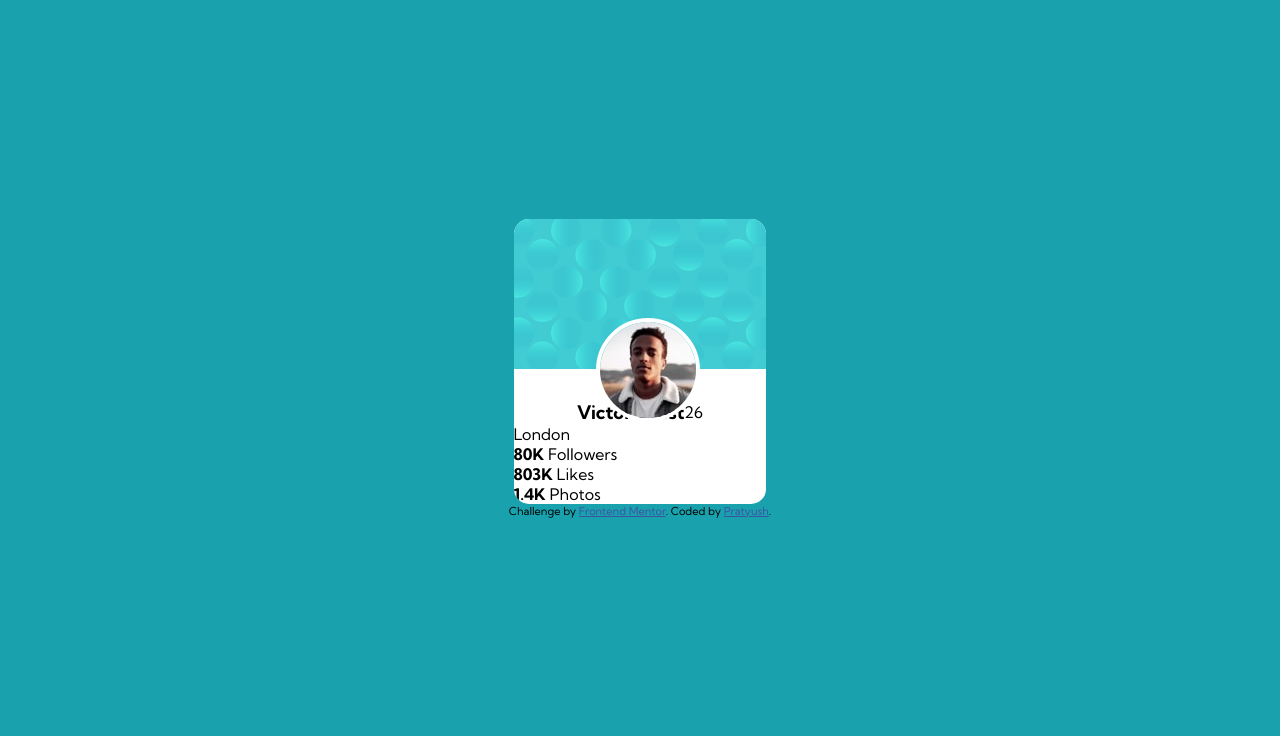
Repository: PratypartyY2K/frontendmentor-challenges
Page: profile-card-component-main/index.html
An editor plug-in stored every save of this project. The page is shown before and after a run of saves, followed by the edit.
The browser window is 1280 px wide. The pictures show the whole page.

Above is the page before, as saved 2021-07-15 13:24:57.

### profile-card-component-main/index.html
<!DOCTYPE html>
<html lang="en">
  <head>
    <meta charset="UTF-8" />
    <meta name="viewport" content="width=device-width, initial-scale=1.0" />
    <!-- displays site properly based on user's device -->

    <link
      rel="icon"
      type="image/png"
      sizes="32x32"
      href="./images/favicon-32x32.png"
    />

    <title>Frontend Mentor | Profile card component</title>

    <link rel="stylesheet" href="style.css" />
  </head>
  <body>
    <!--
    <div class="bg-upper-img">
      <img src="images/bg-pattern-top.svg">
    </div>
  -->
    <div class="card-wrapper">
      <div class="upper-div">
        <!--background-->
      </div>
      <img src="images/image-victor.jpg">
      <div class="middle-div">

          <div class="row-1"><h3>Victor Crest</h3>26</div>
          <div class="row-2">London</div>

      </div>
      <div class="stats">
        <div class="stat_element">
          <b>80K</b>
          Followers
        </div>
        <div class="stat_element">
          <b>803K</b>
          Likes
        </div>
        <div class="stat_element">
          <b>1.4K</b>
          Photos
        </div>
      </div>
    </div>


    <div class="attribution">
      Challenge by
      <a href="https://www.frontendmentor.io?ref=challenge" target="_blank"
        >Frontend Mentor</a
      >. Coded by
      <a
        href="https://www.frontendmentor.io/profile/PratypartyY2K"
        target="_blank"
        >Pratyush</a
      >.
    </div><!--
    <div class="bg-bottom-img">
      <img src="images/bg-pattern-bottom.svg">
    </div>-->
  </body>
</html>

### profile-card-component-main/style.css
@import url("https://fonts.googleapis.com/css2?family=Kumbh+Sans:wght@400;700&display=swap");

:root {
  --primary-cyan: hsl(185, 75%, 39%);
  --primary-blue: hsl(229, 23%, 23%);
  --primart-grayish-blue: hsl(227, 10%, 46%);
  --neutral-dark-gray: hsl(0, 0%, 59%);
}

body {
  font-family: "Kumbh Sans", sans-serif;
  position: relative;
  background-color: var(--primary-cyan);
  min-height: 100vh;
  display: flex;
  flex-direction: column;
  justify-content: center;
  align-items: center;
}

.card-wrapper {
    display: flex;
    flex-direction: column;
    background-color: white;
    width: 20%;
    position: relative;
    border-radius: 15px;
    overflow: hidden;
}

.upper-div {
    background-image: url('images/bg-pattern-card.svg');
    background-repeat: no-repeat;
    background-size: cover;
    width: 100%;
    height: 150px;
}

.card-wrapper > img {
    position: absolute;
    border-radius: 50%;
    border: 4px solid white;
    left: 32.5%;
    top: 35%;
    overflow: ;
}

.middle-div {
    display: flex;
    flex-direction: column;
    margin-top: 2rem;
}

.row-1 {
    display: flex;
    justify-content: center;
    align-items: center;
}

.row-1 h3 {
    margin: 0;
    padding: 0;
}






.attribution {
  font-size: 11px;
  text-align: center;
}
.attribution a {
  color: hsl(228, 45%, 44%);
}

After the next 2 saves:
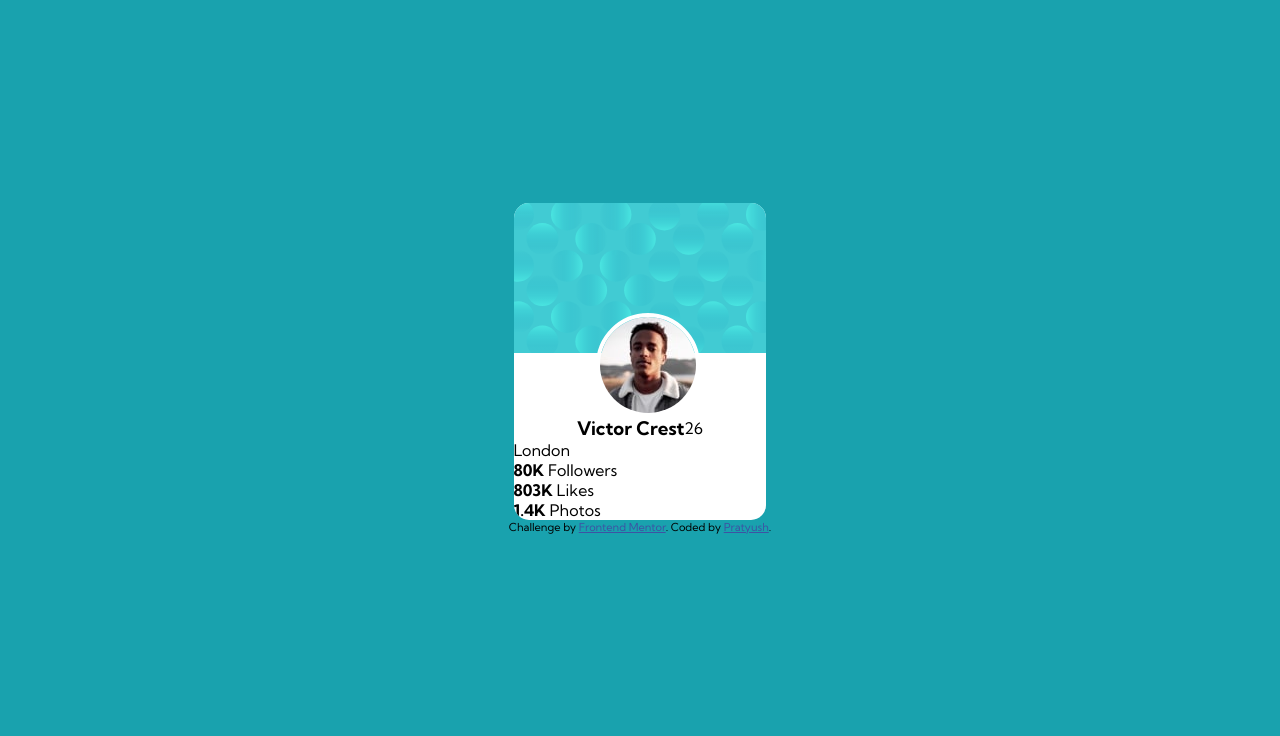
The 2 saves are shown as one change because they came seconds apart.
The last was saved 26 s later.
--- a/profile-card-component-main/style.css
+++ b/profile-card-component-main/style.css
@@ -42,13 +42,12 @@ body {
     border: 4px solid white;
     left: 32.5%;
     top: 35%;
-    overflow: ;
 }
 
 .middle-div {
     display: flex;
     flex-direction: column;
-    margin-top: 2rem;
+    margin-top: 4rem;
 }
 
 .row-1 {
